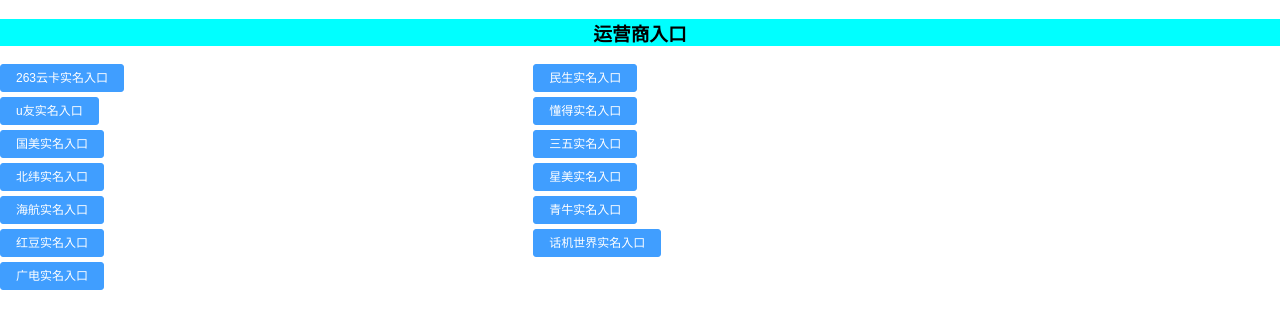
Repository: cmlsir1024/index-test
Page: index.html
An editor plug-in stored every save of this project. The page is shown before and after the next save, followed by the edit.
The browser window is 1280 px wide. The pictures show the whole page.

Above is the page before, as saved 2023-10-12 11:31:01.

### index.html
<!DOCTYPE html>
<html lang="en">
  <head>
    <meta charset="UTF-8" />
    <meta http-equiv="X-UA-Compatible" content="IE=edge" />
    <meta name="viewport" content="width=device-width, initial-scale=1.0" />

    <title>运营商入口</title>
    <script src="./js/vue.js"></script>
    <!-- 引入样式 -->
    <!-- <link rel="stylesheet" href="https://unpkg.com/element-ui/lib/theme-chalk/index.css" /> -->
    <!-- 引入组件库 -->
    <!-- <script src="https://unpkg.com/element-ui/lib/index.js"></script> -->
    <!-- <script src="./js/vue.js"></script> -->
    <!-- 引入样式 -->
    <link rel="stylesheet" href="./css/element-ui.css" />
    <!-- 引入组件库 -->
    <script src="./js/element-ui.js"></script>
    <style>
      html,
      body {
        margin: 0px;
        padding: 0px;
        overflow: hidden;
        /* background-color: #5e95dd; */
      }

      .tag {
        width: 60px;
        height: 30px;
        background: #a5bbd8;
        word-wrap: break-word;
        font-size: 12px;
        pointerevents: none;
      }

      .table-man {
        position: absolute;
        right: 10px;
        top: 0px;
        z-index: 999 !important;
      }

      /*最外层透明*/
      .el-table,
      .el-table__expanded-cell {
        /* background-color: transparent; */
        background-color: rgba(255, 255, 255, 0.5);
      }

      /* 表格内背景颜色 */
      .el-table th,
      .el-table tr,
      .el-table td {
        /* background-color: rgba(94, 150, 223); */
      }

      .el-dropdown-link {
        cursor: pointer;
        color: #ffffff;
        font-size: 16px;
      }

      .el-icon-arrow-down {
        font-size: 16px;
      }

      .ListCss {
        margin-top: 10px;
        margin-bottom: 10px;
        /* width: 100%; */
        display: flex;
        justify-content: flex-end;
      }

      .ist-add {
      }
      .icolor {
        color: chartreuse;
      }
      .xiacolor {
        color: dimgrey;
      }

      /* .buttonCss {
      margin-left: 50%;
    } */
      .el-table tr {
        background-color: transparent;
      }
      .box {
        justify-content: center;
      }
      .buttons {
        margin-bottom: 5px;
      }
    </style>
  </head>

  <body>
    <div id="app">
      <h3 style="background-color: aqua; text-align: center">运营商入口</h3>
      <div class="box">
        <el-row>
          <el-col :span="10" v-for="item in dataList">
            <el-button
              class="buttons"
              size="mini"
              @click="handleInfo(item.url)"
              type="primary"
            >
              {{item.name}}
            </el-button>
          </el-col>
        </el-row>

        <el-dialog
          title="扫码进入入口"
          :visible.sync="dialogVisible"
          width="80%"
        >
          <el-image
            style="width: 100px; height: 100px"
            :src="jpgList"
          ></el-image>
          <span slot="footer" class="dialog-footer">
            <el-button @click="dialogVisible = false">取 消</el-button>
            <el-button type="primary" @click="dialogVisible = false">
              确 定
            </el-button>
          </span>
        </el-dialog>
      </div>
    </div>
  </body>

  <script>
    var vm = new Vue({
      el: "#app",

      data: function () {
        return {
          radio1: "",
          dataList: [
            { name: "263云卡实名入口", id: 1, url: "./asstas/1.jpg" },
            { name: "民生实名入口", id: 2, url: "./asstas/2.jpg" },
            { name: "u友实名入口", id: 3, url: "./asstas/3.jpg" },
            { name: "懂得实名入口", id: 4, url: "./asstas/4.jpg" },
            { name: "国美实名入口", id: 4, url: "./asstas/4.jpg" },
            { name: "三五实名入口", id: 4, url: "./asstas/4.jpg" },
            { name: "北纬实名入口", id: 4, url: "./asstas/4.jpg" },
            { name: "星美实名入口", id: 4, url: "./asstas/4.jpg" },
            { name: "海航实名入口", id: 4, url: "./asstas/4.jpg" },
            { name: "青牛实名入口", id: 4, url: "./asstas/4.jpg" },
            { name: "红豆实名入口", id: 4, url: "./asstas/4.jpg" },
            { name: "话机世界实名入口", id: 4, url: "./asstas/4.jpg" },
            { name: "广电实名入口", id: 4, url: "./asstas/4.jpg" },
          ],
          dialogVisible: false,
          jpgList: "",
        };
      },
      created: function () {},
      mounted: function () {},
      methods: {
        handleInfo(str) {
          console.log(str);
          this.jpgList = str;
          this.dialogVisible = true;
        },
      },
    });
  </script>
</html>

Loaded but not shown: js/vue.js (library); css/element-ui.css (library); js/element-ui.js (library)

After the next save:
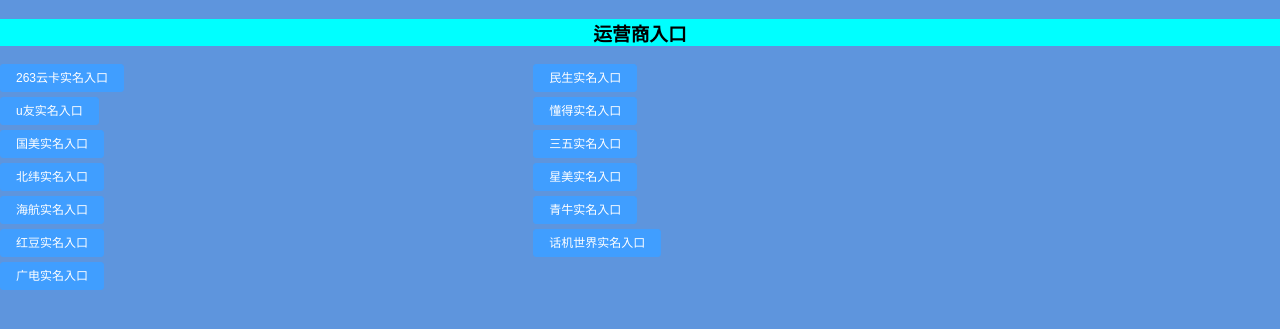
Saved 70 s later.
--- a/index.html
+++ b/index.html
@@ -22,7 +22,7 @@
         margin: 0px;
         padding: 0px;
         overflow: hidden;
-        /* background-color: #5e95dd; */
+        background-color: #5e95dd;
       }
 
       .tag {

After the save that followed:
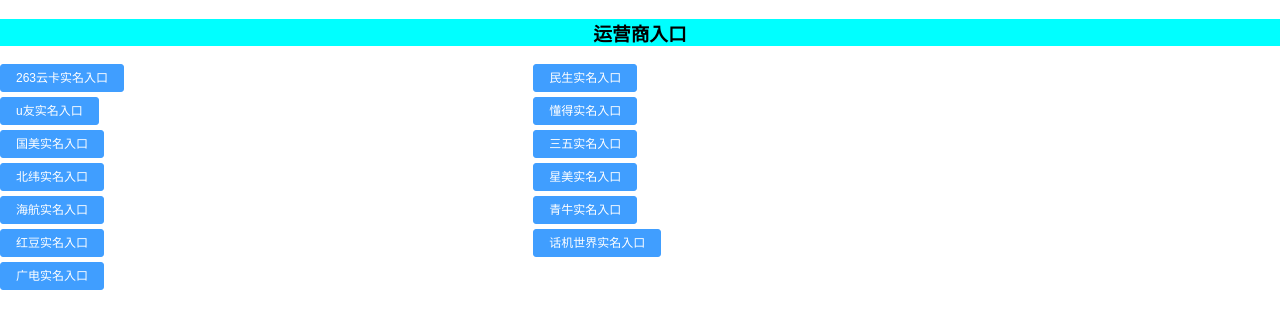
Saved 2 min 4 s later.
--- a/index.html
+++ b/index.html
@@ -22,7 +22,8 @@
         margin: 0px;
         padding: 0px;
         overflow: hidden;
-        background-color: #5e95dd;
+        /* background-color: #5e95dd; */
+        background-image: ;
       }
 
       .tag {
